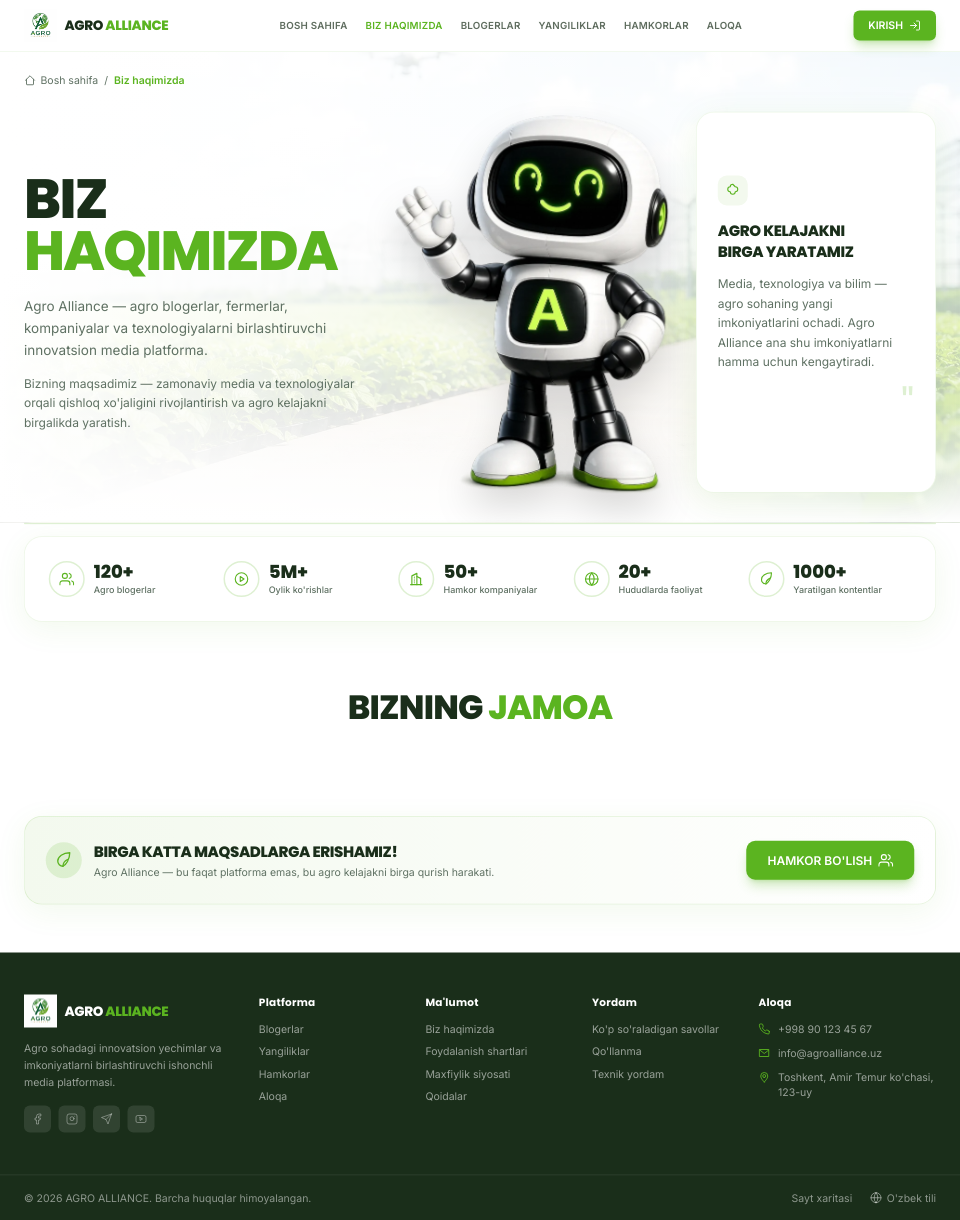
Repository: uzgroww-oss/agro-alliance
Page: /about
The author's editor kept a copy of each file at every save. The page is drawn from the files as they stood at one save, then again after the next save.
The browser window is 1280 px wide. The pictures show the whole page, at 75% of full size.
The page's requests for data from a server got no answer. The project was rebuilt for these pictures with package versions that can differ from the ones it lists, and the page was loaded fresh each time. No one was signed in, and anything a server would have sent is missing. Also part of the build but not shown: vite.config.ts, src/pages/Home.tsx, src/lib/bloggers.ts, src/pages/Bloggers.tsx, src/pages/BloggerProfile.tsx, src/pages/Platform.tsx, src/lib/news.ts, src/components/Newsletter.tsx and 14 more.

Above is the page before, as saved 2026-07-13 10:32:29.

After the next save:
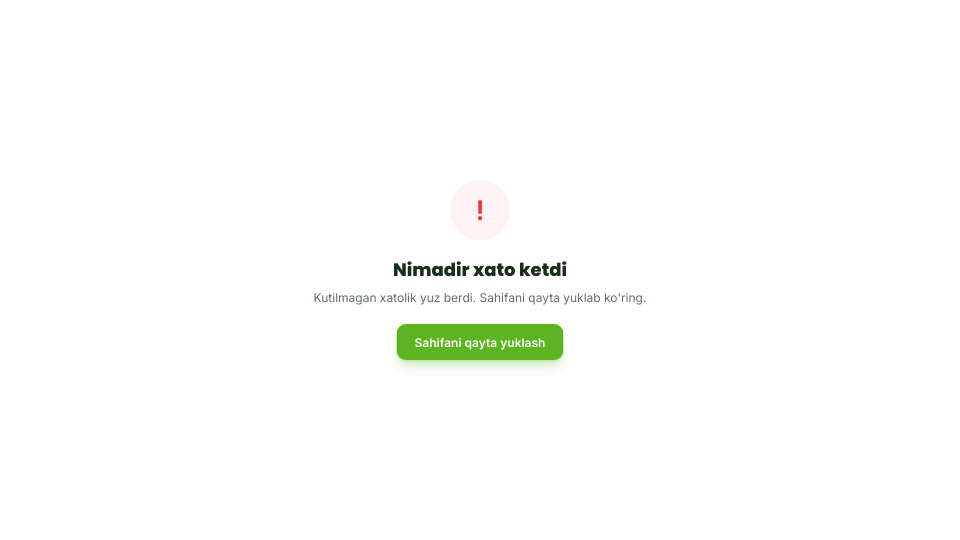
Saved 38 s later.
--- a/src/pages/About.tsx
+++ b/src/pages/About.tsx
@@ -179,30 +179,7 @@ function Team() {
   )
 }
 
-function CtaBanner() {
-  const cta = useHomeSection("about_cta", { title: "BIRGA KATTA MAQSADLARGA ERISHAMIZ!", subtitle: "Agro Alliance — bu faqat platforma emas, bu agro kelajakni birga qurish harakati." })
-  return (
-    <section className="mx-auto max-w-[1320px] px-5 pb-16 lg:px-8">
-      <Reveal>
-        <div className="flex flex-col items-center gap-6 rounded-3xl border border-green/15 bg-gradient-to-r from-soft to-white px-7 py-8 shadow-[0_10px_40px_rgba(91,180,32,0.08)] lg:flex-row lg:justify-between">
-          <div className="flex items-center gap-4">
-            <span className="grid h-12 w-12 shrink-0 place-items-center rounded-full bg-green/15 text-green">
-              <Icon d={I.leaf} className="h-6 w-6" />
-            </span>
-            <div>
-              <h3 className="font-display text-xl font-extrabold tracking-tight">{cta.title}</h3>
-              <p className="mt-1 text-sm text-muted">{cta.subtitle}</p>
-            </div>
-          </div>
-          <a href="#" className="inline-flex shrink-0 items-center gap-2 rounded-xl bg-green px-7 py-3.5 font-bold text-white shadow-lg shadow-green/30 transition-transform hover:scale-105">
-            HAMKOR BO'LISH
-            <Icon d={I.users} className="h-5 w-5" />
-          </a>
-        </div>
-      </Reveal>
-    </section>
-  )
-}
+
 
 export default function About() {
   return (
